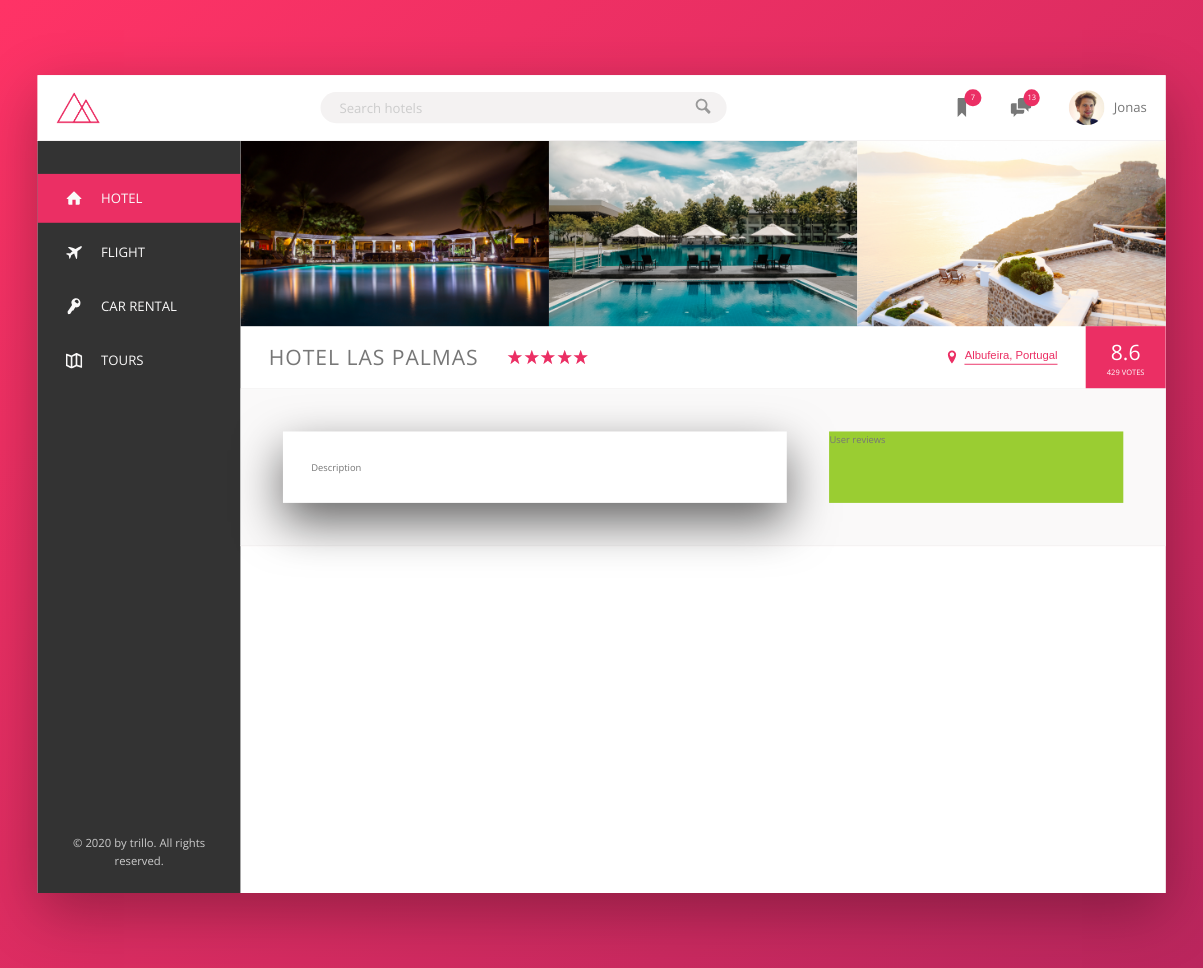
Repository: Lithium87/Trillo
Page: index.html
These files come from the project's save history. The page is drawn as it stood at one moment and after the next save; the edit follows.
The browser window is 1280 px wide. The pictures show the whole page, at 94% of full size.
The style sheet was rebuilt from its Sass, Less or Tailwind sources for each picture, by a compiler version that may differ from the author's.

Above is the page before, as saved 2020-05-16 23:18:39.

### index.html
<!DOCTYPE html>
<html lang="en">

<head>
    <meta charset="UTF-8">
    <meta name="viewport" content="width=device-width, initial-scale=1.0">

    <link href="https://fonts.googleapis.com/css?family=Open+Sans:300,400,600" rel="stylesheet">
    <link rel="stylesheet" href="css/style.css">
    <link rel="shortcut icon" type="image/png" href="img/favicon.png">

    <title>trillo &mdash; Your all-in-one booking app</title>
</head>

<body>
    <div class="container">
        <header class="header">
            <img src="img/logo.png" alt="Trillo logo" class="logo">
            <form action="#" class="search">
                <input type="text" class="search__input" placeholder="Search hotels">
                <button class="search__button">
                    <svg class="search__icon">
                        <use xlink:href="img/sprite.svg#icon-magnifying-glass"></use>
                    </svg>
                </button>
            </form>

            <nav class="user-nav">
                <div class="user-nav__icon-box">
                    <svg class="user-nav__icon">
                        <use xlink:href="img/sprite.svg#icon-bookmark"></use>
                    </svg>
                    <span class="user-nav__notification">7</span>
                </div>
                <div class="user-nav__icon-box">
                    <svg class="user-nav__icon">
                        <use xlink:href="img/sprite.svg#icon-chat"></use>
                    </svg>
                    <span class="user-nav__notification">13</span>
                </div>
                <div class="user-nav__user">
                    <img src="img/user.jpg" alt="User photo" class="user-nav__user-photo">
                    <span class="user-nav__user-name">Jonas</span>
                </div>
            </nav>
        </header>
        <div class="content">
            <nav class="sidebar">
                <ul class="side-nav">
                    <li class="side-nav__item side-nav__item--active">
                        <a href="#" class="side-nav__link">
                            <svg class="side-nav__icon">
                                <use xlink:href="img/stripe.svg#icon-home"></use>
                            </svg>
                            <span>Hotel</span>
                        </a>
                    </li>
                    <li class="side-nav__item">
                        <a href="#" class="side-nav__link">
                            <svg class="side-nav__icon">
                                <use xlink:href="img/stripe.svg#icon-aircraft"></use>
                            </svg>
                            <span>Flight</span>
                        </a>
                    </li>
                    <li class="side-nav__item">
                        <a href="#" class="side-nav__link">
                            <svg class="side-nav__icon">
                                <use xlink:href="img/stripe.svg#icon-key"></use>
                            </svg>
                            <span>Car rental</span>
                        </a>
                    </li>
                    <li class="side-nav__item">
                        <a href="#" class="side-nav__link">
                            <svg class="side-nav__icon">
                                <use xlink:href="img/stripe.svg#icon-map"></use>
                            </svg>
                            <span>Tours</span>
                        </a>
                    </li>
                </ul>
                <div class="legal">
                    &copy; 2020 by trillo. All rights reserved.
                </div>
            </nav>
            <main class="hotel-view">
                <div class="gallery">
                    <figure class="gallery__item">
                        <img src="img/hotel-1.jpg" alt="Photo of hotel 1" class="gallery__photo">
                    </figure>
                    <figure class="gallery__item">
                        <img src="img/hotel-2.jpg" alt="Photo of hotel 2" class="gallery__photo">
                    </figure>
                    <figure class="gallery__item">
                        <img src="img/hotel-3.jpg" alt="Photo of hotel 3" class="gallery__photo">
                    </figure>
                </div>
                <div class="overview">
                    <h1 class="overview__heading">Hotel Las Palmas</h1>
                    <div class="overview__stars">
                        <svg class="overview__icon-star">
                            <use xlink:href="img/stripe.svg#icon-star"></use>
                        </svg>
                        <svg class="overview__icon-star">
                            <use xlink:href="img/stripe.svg#icon-star"></use>
                        </svg>
                        <svg class="overview__icon-star">
                            <use xlink:href="img/stripe.svg#icon-star"></use>
                        </svg>
                        <svg class="overview__icon-star">
                            <use xlink:href="img/stripe.svg#icon-star"></use>
                        </svg>
                        <svg class="overview__icon-star">
                            <use xlink:href="img/stripe.svg#icon-star"></use>
                        </svg>
                    </div>
                    <div class="overview__location">
                        <svg class="overview__icon-location">
                            <use xlink:href="img/stripe.svg#icon-location-pin"></use>
                        </svg>
                        <button class="btn-inline">Albufeira, Portugal</button>
                    </div>
                    <div class="overview__rating">
                        <div class="overview__rating-average">8.6</div>
                        <div class="overview__rating-count">429 votes</div>
                    </div>
                </div>
                <div class="detail">
                    <div class="description">
                        Description
                    </div>
                    <div class="user-reviews">
                        User reviews
                    </div>
                </div>
            </main>
        </div>
    </div>
</body>

</html>

### sass/_base.scss
:root {
    --color-primary: #eb2f64;
    --color-primary-light: #FF3366;
    --color-primary-dark: #BA265D;
    --color-grey-light-1: #faf9f9;
    --color-grey-light-2: #f4f2f2;
    --color-grey-light-3: #f0eeee;
    --color-grey-light-4: #ccc;
    --color-grey-dark-1: #333;
    --color-grey-dark-2: #777;
    --color-grey-dark-3: #999;
    --shadow-dark: 0 2rem 6rem rgba(0, 0, 0, .3);
    --shadow-light: 0 2rem 5rem rgba(0, 0, 0, .6);
    --line: 1px solid var(--color-grey-light-2);
}

* {
    margin: 0;
    padding: 0;
}

*,
*::before,
*::after {
    box-sizing: inherit;
}

html {
    box-sizing: border-box;
    font-size: 62.5%; // 1rem = 10px
}

body {
    font-family: 'Open Sans', sans-serif;
    font-weight: 400;
    line-height: 1.6;
    color: var(--color-grey-dark-2);
    background-image: linear-gradient(to right bottom, var(--color-primary-light), var(--color-primary-dark));
    background-size: cover;
    background-repeat: no-repeat;
    min-height: 100vh;
}

### sass/_layout.scss
.container {
    max-width: 120rem;
    margin: 8rem auto;
    background-color: var(--color-grey-light-1);
    box-shadow: var(--shadow-dark);
    min-height: 50rem;
}

.header {
    font-size: 1.4rem;
    height: 7rem;
    background-color: #fff;
    border-bottom: var(--line);
    display: flex;
    justify-content: space-between;
    align-items: center;
}

.content {
    display: flex;
}

.sidebar {
    background-color: var(--color-grey-dark-1);
    flex: 0 0 18%;
    display: flex;
    flex-direction: column;
    justify-content: space-between;
}

.hotel-view {
    background-color: #fff;
    flex: 1;
    height: 80rem;
}

.detail {
    display: flex;
    padding: 4.5rem;
    background-color: var(--color-grey-light-1);
    border-bottom: var(--line);
}

.description {
    background-color: #fff;
    box-shadow: var(--shadow-light);
    padding: 3rem;
    flex: 0 0 60%;
    margin-right: 4.5rem;
}

.user-reviews {
    background-color: yellowgreen;
    flex: 1;
}

### sass/_components.scss
///////////////////////
//LOGO
.logo {
    height: 3.25rem;
    margin-left: 2rem;
}

///////////////////////
//SEARCH BOX
.search {
    flex: 0 0 40%;
    display: flex;
    align-items: center;
    justify-content: center;
    &__input {
        font-family: inherit;
        font-size: inherit;
        color: inherit;
        background-color: var(--color-grey-light-2);
        border: none;
        padding: .7rem 2rem;
        border-radius: 100px;
        width: 90%;
        transition: all .2s;
        margin-right: -3.5rem;
        &:focus {
            outline: none;
            width: 100%;
            background-color: var(--color-grey-light-3);
        }
        &::-webkit-input-placeholder {
            font-weight: 100;
            color: var(--color-grey-light-4);
        }
    }
    &__input:focus+&__button {
        background-color: var(--color-grey-light-3);
    }
    &__button {
        border: none;
        background-color: var(--color-grey-light-2);
        &:focus {
            outline: none;
        }
        &:active {
            transform: translateY(2px);
        }
    }
    &__icon {
        height: 2rem;
        width: 2rem;
        fill: var(--color-grey-dark-3);
    }
}

///////////////////////
//USER NAVIGATION
.user-nav {
    align-self: stretch;
    display: flex;
    align-items: center;
    &>* {
        padding: 0 2rem;
        cursor: pointer;
        height: 100%;
        display: flex;
        align-items: center;
    }
    &>*:hover {
        background-color: var(--color-grey-light-2);
    }
    &__icon-box {
        position: relative;
    }
    &__icon {
        height: 2.25rem;
        width: 2.25rem;
        fill: var(--color-grey-dark-2);
    }
    &__notification {
        font-size: .8rem;
        height: 1.75rem;
        width: 1.75rem;
        border-radius: 50%;
        background-color: var(--color-primary);
        color: #fff;
        position: absolute;
        top: 1.5rem;
        right: 1.1rem;
        display: flex;
        justify-content: center;
        align-items: center;
    }
    &__user-photo {
        height: 3.75rem;
        border-radius: 50%;
        margin-right: 1rem;
    }
}

///////////////////////
//SIDE NAVIGATION
.side-nav {
    font-size: 1.4rem;
    list-style: none;
    margin-top: 3.5rem;
    &__item {
        position: relative;
        &:not(:last-child) {
            margin-bottom: .5rem;
        }
    }
    &__item::before {
        content: "";
        position: absolute;
        top: 0;
        left: 0;
        height: 100%;
        width: 3px;
        background-color: var(--color-primary);
        transform: scaleY(0);
        transition: transform .2s, width .4s cubic-bezier(1, 0, 0, 1) .2s, background-color .1s;
    }
    &__item:hover::before,
    &__item--active::before {
        transform: scaleY(1);
        width: 100%;
    }
    &__item:active::before {
        background-color: var(--color-primary-light);
    }
    &__link:link,
    &__link:visited {
        color: var(--color-grey-light-1);
        text-decoration: none;
        text-transform: uppercase;
        display: block;
        padding: 1.5rem 3rem;
        position: relative;
        z-index: 10;
        display: flex;
        align-items: center;
    }
    &__icon {
        width: 1.75rem;
        height: 1.75rem;
        margin-right: 2rem;
        fill: currentColor;
    }
}

///////////////////////
//LEGAL TEXT
.legal {
    font-size: 1.2rem;
    color: var(--color-grey-light-4);
    text-align: center;
    padding: 2.5rem;
}

///////////////////////
//GALLERY
.gallery {
    display: flex;
    &__photo {
        width: 100%;
        display: block;
    }
}

///////////////////////
//HOTEL OVERVIEW
.overview {
    display: flex;
    align-items: center;
    border-bottom: var(--line);
    &__heading {
        font-size: 2.25rem;
        font-weight: 300;
        text-transform: uppercase;
        letter-spacing: 1px;
        padding: 1.5rem 3rem;
    }
    &__stars {
        margin-right: auto;
        display: flex;
    }
    &__icon-star,
    &__icon-location {
        width: 1.75rem;
        height: 1.75rem;
        fill: var(--color-primary);
    }
    &__location {
        font-size: 1.2rem;
        display: flex;
        align-items: center;
    }
    &__icon-location {
        margin-right: .5rem;
    }
    &__rating {
        background-color: var(--color-primary);
        color: #fff;
        margin-left: 3rem;
        padding: 0 2.25rem;
        align-self: stretch;
        display: flex;
        flex-direction: column;
        align-items: center;
        justify-content: center;
    }
    &__rating-average {
        font-size: 2.25rem;
        font-weight: 300;
        margin-bottom: -3px;
    }
    &__rating-count {
        font-size: .8rem;
        text-transform: uppercase;
    }
}

///////////////////////
//BUTTON INLINE
.btn-inline {
    border: none;
    color: var(--color-primary);
    font-size: inherit;
    border-bottom: 1px solid currentColor;
    padding-bottom: 2px;
    display: inline-block;
    background-color: transparent;
    cursor: pointer;
    transition: all .2s;
    &:hover {
        color: var(--color-grey-dark-1);
    }
    &:focus {
        outline: none;
        animation: pulsate 1s infinite;
    }
}

@keyframes pulsate {
    0% {
        transform: scale(1);
        box-shadow: none;
    }
    50% {
        transform: scale(1.05);
        box-shadow: 0 1rem 4rem rgba(0, 0, 0, .25);
    }
    100% {
        transform: scale(1);
        box-shadow: none;
    }
}

Loaded but not shown: sass/main.scss (common file)

After the next save:
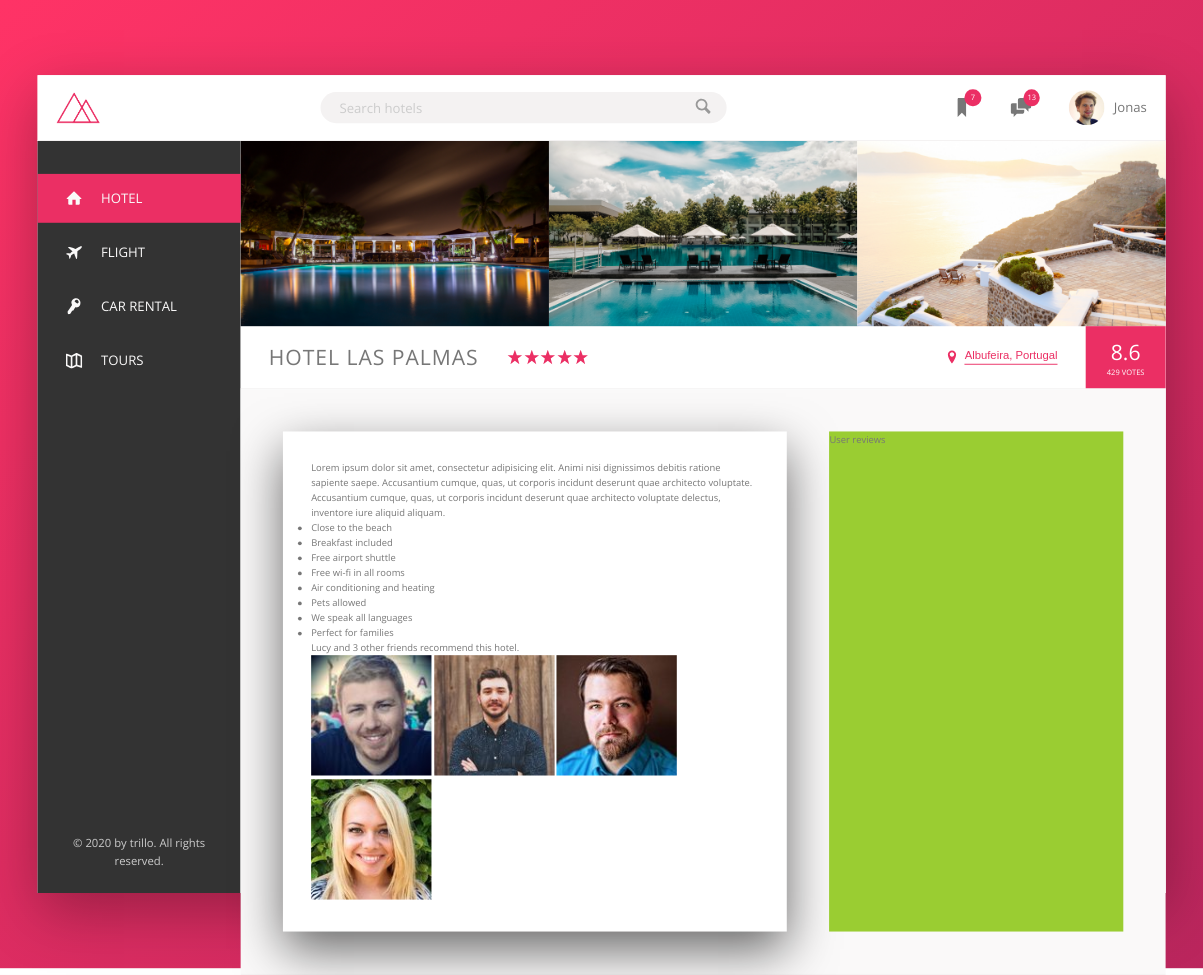
Saved 27 min 19 s later.
--- a/index.html
+++ b/index.html
@@ -128,7 +128,33 @@
                 </div>
                 <div class="detail">
                     <div class="description">
-                        Description
+                        <p class="paragraph">
+                            Lorem ipsum dolor sit amet, consectetur adipisicing elit. Animi nisi dignissimos debitis ratione sapiente saepe. Accusantium cumque, quas, ut corporis incidunt deserunt quae architecto voluptate.
+                        </p>
+                        <p class="paragraph">
+                            Accusantium cumque, quas, ut corporis incidunt deserunt quae architecto voluptate delectus, inventore iure aliquid aliquam.
+                        </p>
+                        <ul class="list">
+                            <li class="list__item">Close to the beach</li>
+                            <li class="list__item">Breakfast included</li>
+                            <li class="list__item">Free airport shuttle</li>
+                            <li class="list__item">Free wi-fi in all rooms</li>
+                            <li class="list__item">Air conditioning and heating</li>
+                            <li class="list__item">Pets allowed</li>
+                            <li class="list__item">We speak all languages</li>
+                            <li class="list__item">Perfect for families</li>
+                        </ul>
+                        <div class="recommend">
+                            <p class="recommend__count">
+                                Lucy and 3 other friends recommend this hotel.
+                            </p>
+                            <div class="recommend__friends">
+                                <img src="img/user-3.jpg" alt="Friend 1" class="recommend__photo">
+                                <img src="img/user-4.jpg" alt="Friend 2" class="recommend__photo">
+                                <img src="img/user-5.jpg" alt="Friend 3" class="recommend__photo">
+                                <img src="img/user-6.jpg" alt="Friend 4" class="recommend__photo">
+                            </div>
+                        </div>
                     </div>
                     <div class="user-reviews">
                         User reviews
